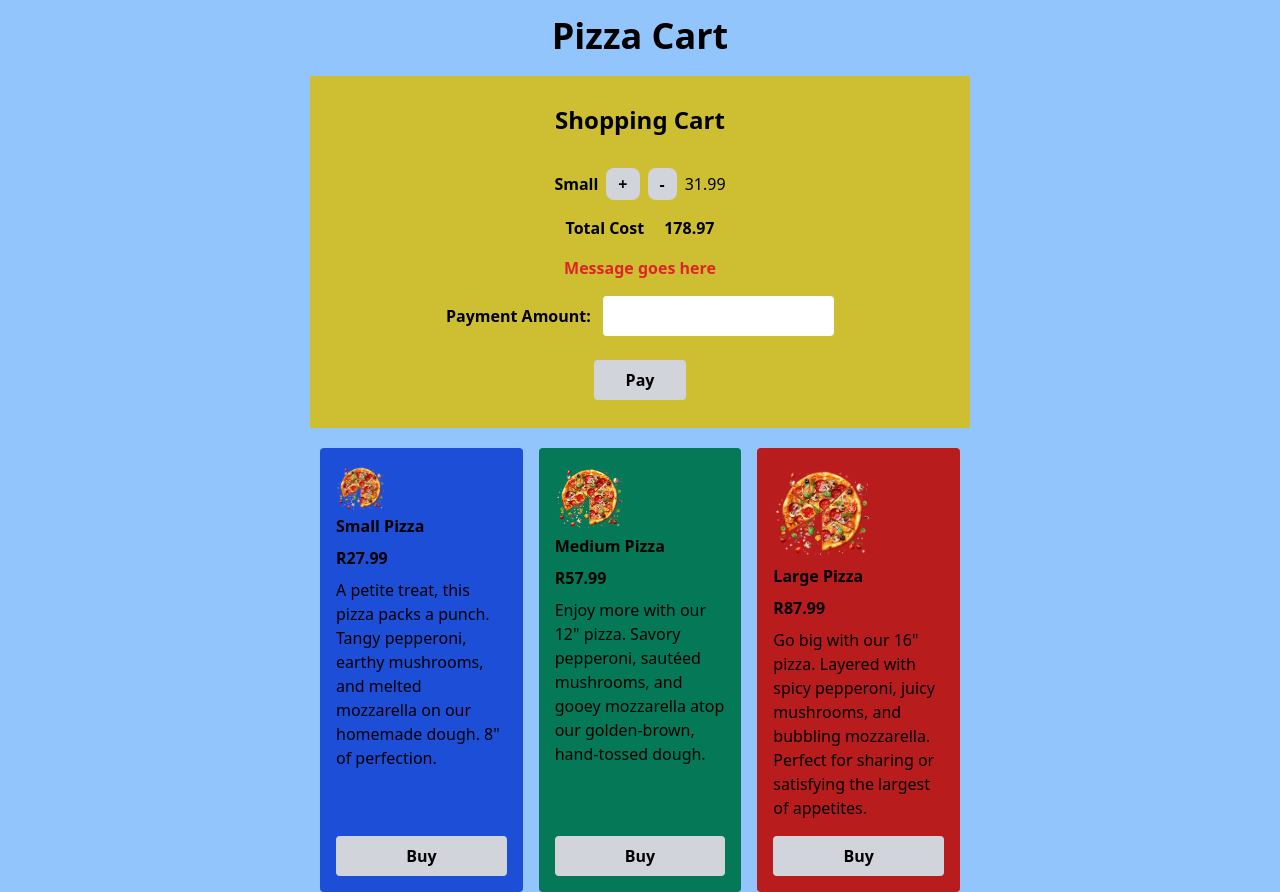
Repository: lasity34/pizza_cart
Page: index.html
An editor plug-in stored every save of this project. The page is shown before and after the next save, followed by the edit.
The browser window is 1280 px wide. The pictures show the whole page.
Some web libraries are served in a nearby version.

Above is the page before, as saved 2023-07-11 09:39:18.

### index.html
<!DOCTYPE html>
<html lang="en">
  <head>
    <meta charset="UTF-8" />
    <meta name="viewport" content="width=device-width, initial-scale=1.0" />
    <title>Pizza Cart</title>
    <script src="//unpkg.com/alpinejs" defer></script>
    <link
      href="https://cdn.jsdelivr.net/npm/tailwindcss@2.1.2/dist/tailwind.min.css"
      rel="stylesheet"
    />
    <link href="./style.css" rel="stylesheet" />
  </head>
  <body class="bg-blue-300">
    <section class="flex justify-center items-center">
      <h1 class="text-4xl pt-4 font-bold">Pizza Cart</h1>
    </section>
    <section
      class="shop-container m-5 p-7 flex justify-center items-center flex-col"
    >
      <h2 class="text-2xl mb-2 font-bold">Shopping Cart</h2>
      <div class="mt-6 flex flex-col items-center">
        <div class="flex items-center">
          <p class="font-bold mr-2">Small</p>
          <button
            class="bg-gray-300 hover:bg-gray-400 rounded-lg px-3 py-1 mr-2 font-bold"
          >
            +
          </button>
          <button
            class="bg-gray-300 hover:bg-gray-400 rounded-lg px-3 py-1 font-bold"
          >
            -
          </button>
          <p class="ml-2">31.99</p>
        </div>
        <div class="flex mt-4">
          <p class="font-bold">Total Cost</p>
          <p class="ml-5 font-bold">178.97</p>
        </div>
        <div class="mt-4">
          <p class="text-red-600 font-bold">Message goes here</p>
        </div>
        <div class="mt-4">
          <label class="font-bold">Payment Amount:</label>
          <input type="text" class="rounded ml-2 py-2" />
        </div>
        <div class="mt-6">
          <button
            class="bg-gray-300 hover:bg-gray-400 py-2 px-8 rounded font-bold"
          >
            Pay
          </button>
        </div>
      </div>
    </section>
    <section class="pizza_columns">
        <div class="flex justify-around gap-4 max-w-screen-sm mx-auto">
            <div class="pizza_sm bg-blue-700 rounded p-4 w-64 flex flex-col justify-between">
              <div>
                <img src="./pizza.png" width="50" />
                <h3 class="text-black mb-2 font-bold">Small Pizza</h3>
                <h3 class="text-black mb-2 font-bold">R27.99</h3>
                <p class="text-black mb-4">
                  A petite treat, this pizza packs a punch. Tangy pepperoni, earthy
                  mushrooms, and melted mozzarella on our homemade dough. 8" of
                  perfection.
                </p>
              </div>
              <button class="bg-gray-300 py-2 px-4 rounded font-bold">Buy</button>
            </div>
            <div class="pizza_md bg-green-700 rounded p-4 w-64 flex flex-col justify-between">
              <div>
                <img src="./pizza.png" width="70" />
                <h3 class="text-black mb-2 font-bold">Medium Pizza</h3>
                <h3 class="text-black mb-2 font-bold">R57.99</h3>
                <p class="text-black mb-4">
                  Enjoy more with our 12" pizza. Savory pepperoni, sautéed mushrooms, and gooey mozzarella atop our golden-brown, hand-tossed dough.
                </p>
              </div>
              <button class="bg-gray-300 py-2 px-4 rounded font-bold">Buy</button>
            </div>
            <div class="pizza_lg bg-red-700 rounded p-4 w-64 flex flex-col justify-between">
              <div>
                <img src="./pizza.png" width="100" />
                <h3 class="text-black mb-2 font-bold">Large Pizza</h3>
                <h3 class="text-black mb-2 font-bold">R87.99</h3>
                <p class="text-black mb-4">
                  Go big with our 16" pizza. Layered with spicy pepperoni, juicy mushrooms, and bubbling mozzarella. Perfect for sharing or satisfying the largest of appetites.
                </p>
              </div>
              <button class="bg-gray-300 py-2 px-4 rounded font-bold">Buy</button>
            </div>
          </div>





    </section>
  </body>
</html>

### style.css

body {
    max-width: 700px;
    margin: 0 auto;
}

.shop-container {
    background-color: rgb(205, 190, 50);
}

After the next save:
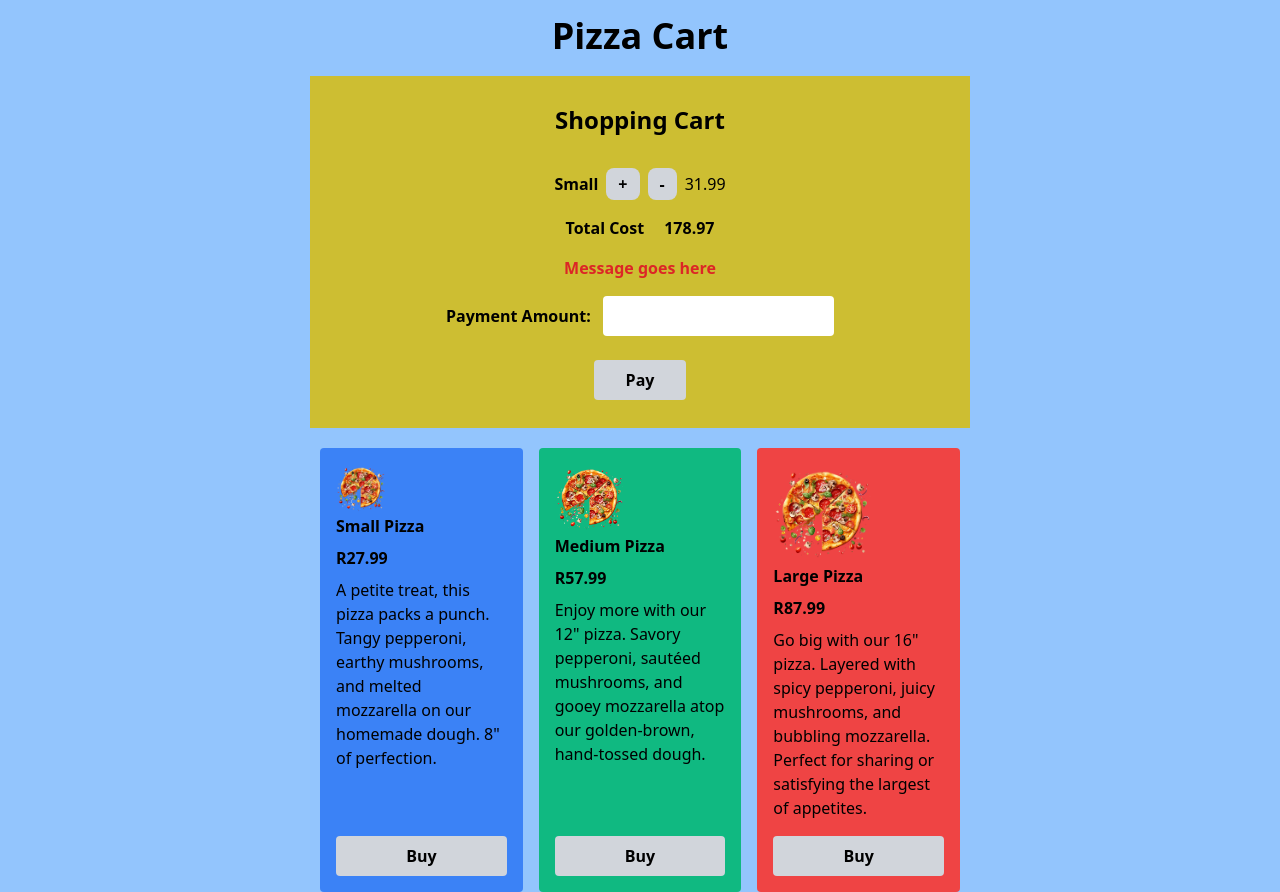
Saved 2 min 40 s later.
--- a/index.html
+++ b/index.html
@@ -56,42 +56,43 @@
     </section>
     <section class="pizza_columns">
         <div class="flex justify-around gap-4 max-w-screen-sm mx-auto">
-            <div class="pizza_sm bg-blue-700 rounded p-4 w-64 flex flex-col justify-between">
+            <div class="pizza_sm bg-blue-500 rounded p-4 w-64 flex flex-col justify-between text-black">
               <div>
                 <img src="./pizza.png" width="50" />
-                <h3 class="text-black mb-2 font-bold">Small Pizza</h3>
-                <h3 class="text-black mb-2 font-bold">R27.99</h3>
-                <p class="text-black mb-4">
+                <h3 class="mb-2 font-bold">Small Pizza</h3>
+                <h3 class="mb-2 font-bold">R27.99</h3>
+                <p class="mb-4">
                   A petite treat, this pizza packs a punch. Tangy pepperoni, earthy
                   mushrooms, and melted mozzarella on our homemade dough. 8" of
                   perfection.
                 </p>
               </div>
-              <button class="bg-gray-300 py-2 px-4 rounded font-bold">Buy</button>
+              <button class="bg-gray-300 hover:bg-gray-400 transition-colors duration-300 py-2 px-4 rounded font-bold">Buy</button>
             </div>
-            <div class="pizza_md bg-green-700 rounded p-4 w-64 flex flex-col justify-between">
+            <div class="pizza_md bg-green-500 rounded p-4 w-64 flex flex-col justify-between text-black">
               <div>
                 <img src="./pizza.png" width="70" />
-                <h3 class="text-black mb-2 font-bold">Medium Pizza</h3>
-                <h3 class="text-black mb-2 font-bold">R57.99</h3>
-                <p class="text-black mb-4">
+                <h3 class="mb-2 font-bold">Medium Pizza</h3>
+                <h3 class="mb-2 font-bold">R57.99</h3>
+                <p class="mb-4">
                   Enjoy more with our 12" pizza. Savory pepperoni, sautéed mushrooms, and gooey mozzarella atop our golden-brown, hand-tossed dough.
                 </p>
               </div>
-              <button class="bg-gray-300 py-2 px-4 rounded font-bold">Buy</button>
+              <button class="bg-gray-300 hover:bg-gray-400 transition-colors duration-300 py-2 px-4 rounded font-bold">Buy</button>
             </div>
-            <div class="pizza_lg bg-red-700 rounded p-4 w-64 flex flex-col justify-between">
+            <div class="pizza_lg bg-red-500 rounded p-4 w-64 flex flex-col justify-between text-black">
               <div>
                 <img src="./pizza.png" width="100" />
-                <h3 class="text-black mb-2 font-bold">Large Pizza</h3>
-                <h3 class="text-black mb-2 font-bold">R87.99</h3>
-                <p class="text-black mb-4">
+                <h3 class="mb-2 font-bold">Large Pizza</h3>
+                <h3 class="mb-2 font-bold">R87.99</h3>
+                <p class="mb-4">
                   Go big with our 16" pizza. Layered with spicy pepperoni, juicy mushrooms, and bubbling mozzarella. Perfect for sharing or satisfying the largest of appetites.
                 </p>
               </div>
-              <button class="bg-gray-300 py-2 px-4 rounded font-bold">Buy</button>
+              <button class="bg-gray-300 hover:bg-gray-400 transition-colors duration-300 py-2 px-4 rounded font-bold">Buy</button>
             </div>
           </div>
+
 
 
 
